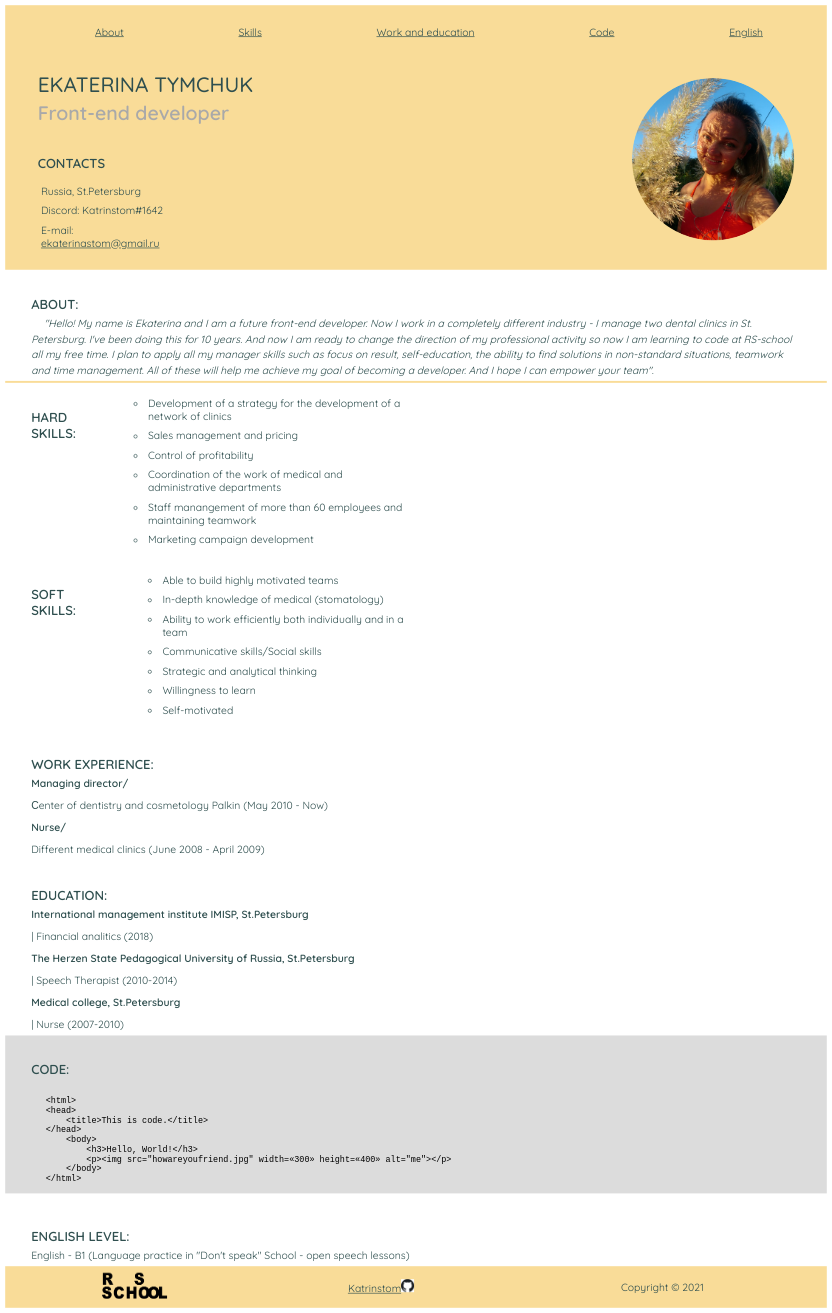
Repository: Katrinstom/rsschool-cv
Page: index.html
An editor plug-in stored every save of this project. The page is shown before and after the next save, followed by the edit.
The browser window is 1280 px wide. The pictures show the whole page, at 65% of full size.

Above is the page before, as saved 2022-01-02 20:03:22.

### index.html
<!DOCTYPE html>
<html lang="en">
<head>
    <meta charset="UTF-8">
    <meta http-equiv="X-UA-Compatible" content="IE=edge">
    <meta name="viewport" content="width=device-width, initial-scale=1.0">
    <title>CV</title>
    <link type="text/css" rel="stylesheet" href="style.css"/>
    <link rel="preconnect" href="https://fonts.googleapis.com">
<link rel="preconnect" href="https://fonts.gstatic.com" crossorigin>
<link href="https://fonts.googleapis.com/css2?family=Quicksand:wght@400;500;600&display=swap" rel="stylesheet">
</head>
<body>
    <header class="bigblock section">
            <nav class="nav">
                <ul class="navlist">
                    <li class="nav-item"><a href="#about">About</a></li>
                    <li class="nav-item"><a href="#skills">Skills</a></li>
                    <li class="nav-item"><a href="#workandeducation">Work and education</a></li>
                    <li class="nav-item"><a href="#code">Code</a></li>
                    <li class="nav-item"><a href="#english">English</a></li>
                </ul>
            </nav>
                <img class="pic" src="images/1909_oooo.plus.png" alt="itsme" width="250" height="250">
                <h1>Ekaterina Tymchuk</h1>
                <h2>Front-end developer</h2>
                <h4>Contacts</h4>
                <ul class="nonumber">
                    <li>Russia, St.Petersburg</li>
                    <li>Discord: Katrinstom#1642</li>
                    <li>E-mail:<a href="mailto:ekaterinastom@gmail.ru"> ekaterinastom@gmail.ru</a></li>
                </ul>
        </header>
    <main class="section">
        <article>
            <div class="about" id="about">
                <h4>About:</h4>
                <p>"Hello! My name is Ekaterina and I am a future front-end developer. Now I work in a completely different industry - I manage two dental clinics in St. Petersburg. I've been doing this for 10 years. And now I am ready to change the direction of my professional activity so now I am learning to code at RS-school all my free time. I plan to apply all my manager skills such as focus on result, self-education, the ability to find solutions in non-standard situations, teamwork and time management. All of these will help me achieve my goal of becoming a developer. And I hope I can empower your team".</p>
            </div>
        </article>
        <section>
            <div class="skills" id="skills">
                <h4>Hard skills:</h4>
                <ul>
                    <li>Development of a strategy for the development of a network of clinics</li>
                    <li>Sales management and pricing</li>
                    <li>Control of profitability</li>
                    <li>Coordination of the work of medical and administrative departments</li>
                    <li>Staff manangement of more than 60 employees and maintaining teamwork</li>
                    <li>Marketing campaign development</li>
                </ul>
            </div>
            <div class="skills" id="skills">
                <h4>Soft skills:</h4>
                <ul>
                    <li>Able to build highly motivated teams</li>
                    <li>In-depth knowledge of medical (stomatology)</li>
                    <li>Ability to work efficiently both individually and in a team</li>
                    <li>Communicative skills/Social skills</li>
                    <li>Strategic and analytical thinking</li>
                    <li>Willingness to learn</li>
                    <li>Self-motivated</li>
                </ul>
            </div>
        </section>
        <section>
            <div class="workandeducation" id="workandeducation">
                <h4>Work experience:</h4>
                <b>Managing director/</b>
                <p>Сenter of dentistry and cosmetology Palkin (May 2010 - Now)</p>
                <b>Nurse/</b>
                <p>Different medical clinics (June 2008 - April 2009)</p>
            </div>
            <div class="workandeducation" id="workandeducation">
                <h4>Education:</h4>
                <b>International management institute IMISP, St.Petersburg</b>
                <p>| Financial analitics (2018)</p>
                <b>The Herzen State Pedagogical University of Russia, St.Petersburg</b>
                <p>| Speech Therapist (2010-2014)</p>
                <b>Medical college, St.Petersburg</b>
                <p>| Nurse (2007-2010)</p>
            </div>
        </section>
        <section>
            <div class="code" id="code">
                <h4>Code:</h4>
                <pre><code>
        &LT;html&GT;
        &LT;head&GT;
            &LT;title&GT;This is code.&LT;/title&GT;
        &LT;/head&GT;
            &LT;body&GT;
                &LT;h3&GT;Hello, World!&LT;/h3&GT;
                &LT;p&GT;&LT;img src="howareyoufriend.jpg" width=«300» height=«400» alt="me"&GT;&LT;/p&GT;
            &LT;/body&GT;
        &LT;/html&GT;
                </code></pre>
            </div>
            <div class="english" id="english">
            <h4>English level:</h4>
            <p>English - B1 (Language practice in "Don't speak" School - open speech lessons)</p>
            </div>
        </section>
    </main>
        <footer class="footer section">
            <div class="flexcont">
                <a href="https://rs.school/js/"><img src="images/logo-rsschool3.png" alt="logo-rsschool3" width="100" height="40"></a>
                <a href="https://github.com/Katrinstom">Katrinstom<img src="images/gitpic.png" alt="gitlogo" width="20" height="20"></a>
                <p>Copyright © 2021</p>
             </div>
        </footer>
</body>
</html>

### style.css
html {
    scroll-behavior: smooth;
}
.section {
    max-width: 1280px;
    margin: 0 auto;
}
.bigblock {
    height: auto;
    background-color: #f9dc98;
    padding: 10px;
}
.nav {
    background-color: ;
}
.navlist {
    display: flex;
    justify-content: space-around;
    align-items: center;
}
.nav-item {
    list-style: none;
}
body {
    font-family: 'Quicksand', sans-serif;
}
h1 {
  padding: 30px 40px 5px;
  text-align: left;
  font-family:'Quicksand', sans-serif;
  font-weight: 500;
  font-size: 32px;
  text-transform: uppercase;
  color:darkslategray;
  margin: 0;
}
h2 {
    padding: 0px 40px 5px;
    text-align: left;
    font-family:'Quicksand', sans-serif;
    font-size: 30px;
    color:darkgrey;
    margin: 0;
}
h3 {
    padding: 0px 40px 5px;
    text-align: left;
    font-family:'Quicksand', sans-serif;
    font-size: 25px;
    color:darkgrey;
    margin: 0;
}
h4 {
    font-family:'Quicksand', sans-serif;
    font-size: 20px;
    text-transform: uppercase;
    padding: 40px 40px 0px;
    text-align: left;
    color: darkslategray;
    margin: 0;
}
ul {
    list-style-type:circle;
    padding: auto;
}
.nonumber {
    list-style-type:none;
}
li {
    text-align: left;
    color: darkslategray;
    font-family: 'Quicksand', sans-serif;
    margin: 0;
    padding: 5px 5px 5px;
}
.about {
    border-bottom: solid 3px #f9dc98;
}
.about p {
    text-align: left;
    color: darkslategray;
    font-family: 'Quicksand', sans-serif;
    font-style: italic;
    margin: 0;
    height: auto;
    width: auto;
    padding: 5px 40px 5px;
    line-height: 1.5;
    text-indent: 20px;
}
.english {
    text-align: left;
    color: darkslategray;
    margin: 0;
    height: auto;
    width: auto;
    padding: 0;
}
.skills {
    text-align: left;
    color: darkslategray;
    font-family: 'Quicksand', sans-serif;
    margin: 0;
    height: auto;
    width: 50%;
    padding: 0;
    display: flex;
    justify-content: space-around;
}
.workandeducation {
    text-align: left;
    color: darkslategray;
    font-family: 'Quicksand', sans-serif;
    margin: 0;
    height: auto;
    width: 50%;
    padding: 0;
}
.pic {
    border-radius: 50%;
    float: right;
    padding: 40px;
}
p, b {
    display: block;
    text-align: left;
    color: darkslategray;
    font-family: 'Quicksand', sans-serif;
    margin: 0;
    height: auto;
    width: auto;
    padding: 5px 40px 5px;
    line-height: 1.5;
}
.code {
    text-align: left;
    background-color: gainsboro;
    display: block;
}
.flexcont {
    display: flex;
    flex-direction: row;
    justify-content: space-around;
    align-items: center;
}
a {
    display: block;
}
li a {
    color: darkslategray;
}
footer a {
    color: darkslategray;
}
.footer {
    height: auto;
    background-color: #f9dc98;
    padding: 10px;
}

After the next save:
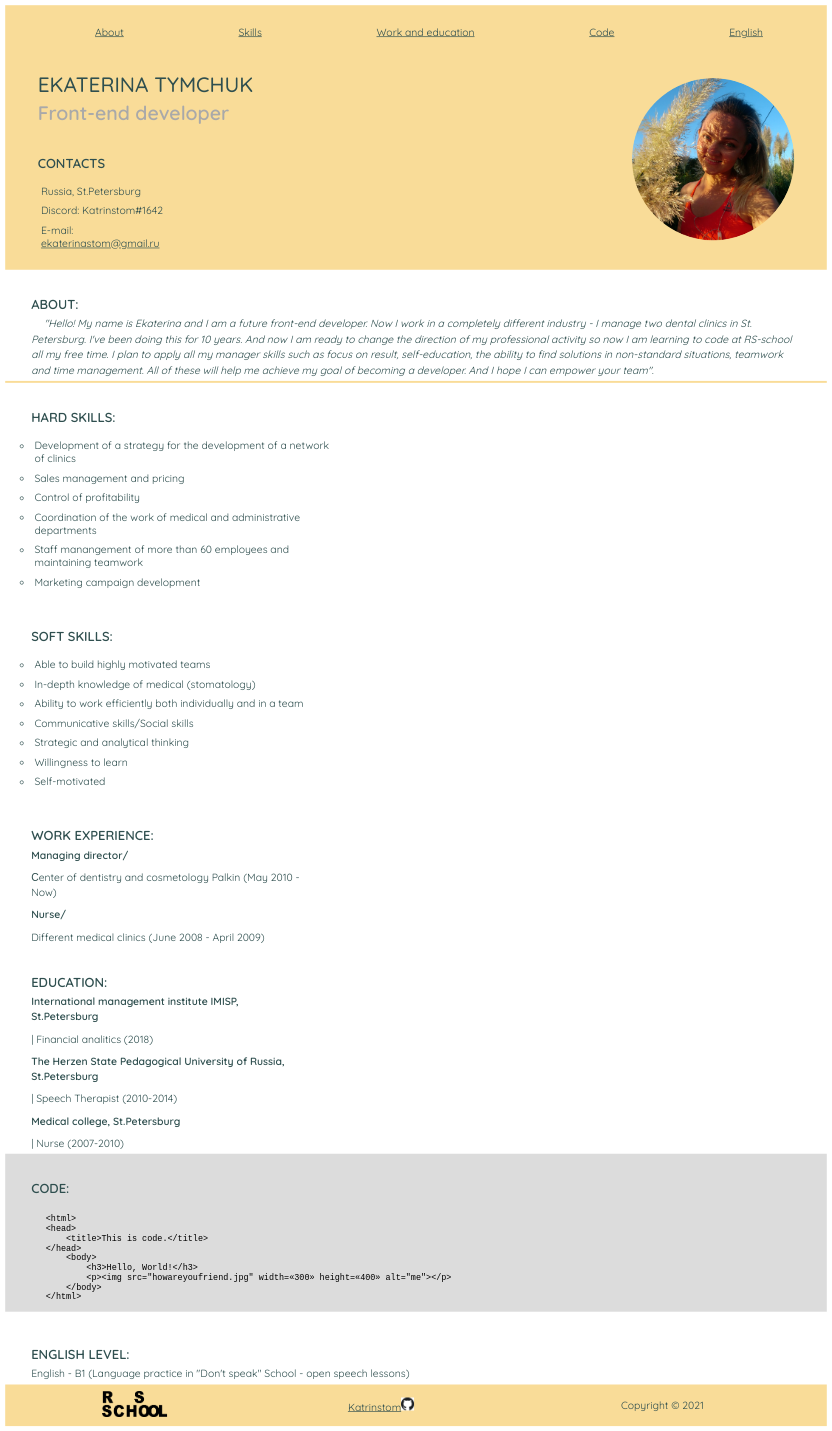
Saved 3 min 13 s later.
--- a/style.css
+++ b/style.css
@@ -102,10 +102,9 @@ li {
     font-family: 'Quicksand', sans-serif;
     margin: 0;
     height: auto;
-    width: 50%;
+    width: 40%;
     padding: 0;
-    display: flex;
-    justify-content: space-around;
+
 }
 .workandeducation {
     text-align: left;
@@ -113,7 +112,7 @@ li {
     font-family: 'Quicksand', sans-serif;
     margin: 0;
     height: auto;
-    width: 50%;
+    width: 40%;
     padding: 0;
 }
 .pic {
